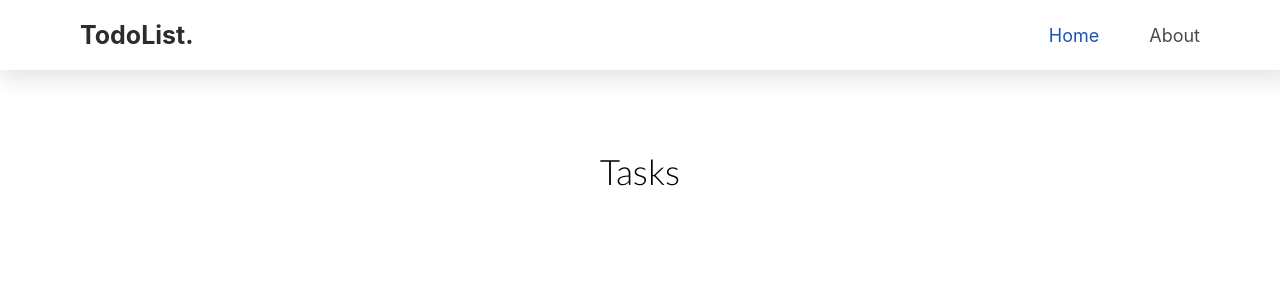
Repository: dqhuy153/react-todoList
Page: /
The author's editor kept a copy of each file at every save. The page is drawn from the files as they stood at one save, then again after the next save.
The browser window is 1280 px wide. The pictures show the whole page.
The project was rebuilt for these pictures with package versions that can differ from the ones it lists, and the page was loaded fresh each time. Also part of the build but not shown: src/components/UI/LoadingSpinner.module.scss.

Above is the page before, as saved 2021-09-16 19:39:07.

After the next save:
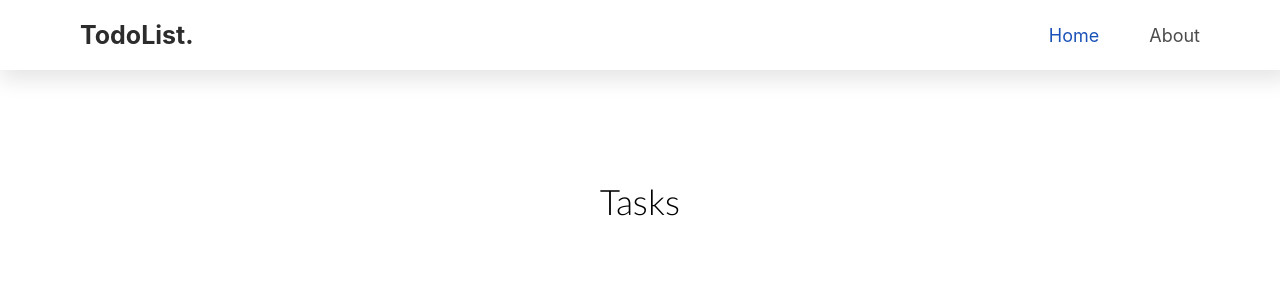
Saved 9 s later.
--- a/src/components/pages/Home.module.scss
+++ b/src/components/pages/Home.module.scss
@@ -1,5 +1,5 @@
 .container {
-  padding: 15rem 0;
+  padding: 18rem 0;
 
   h1 {
     text-align: center;
